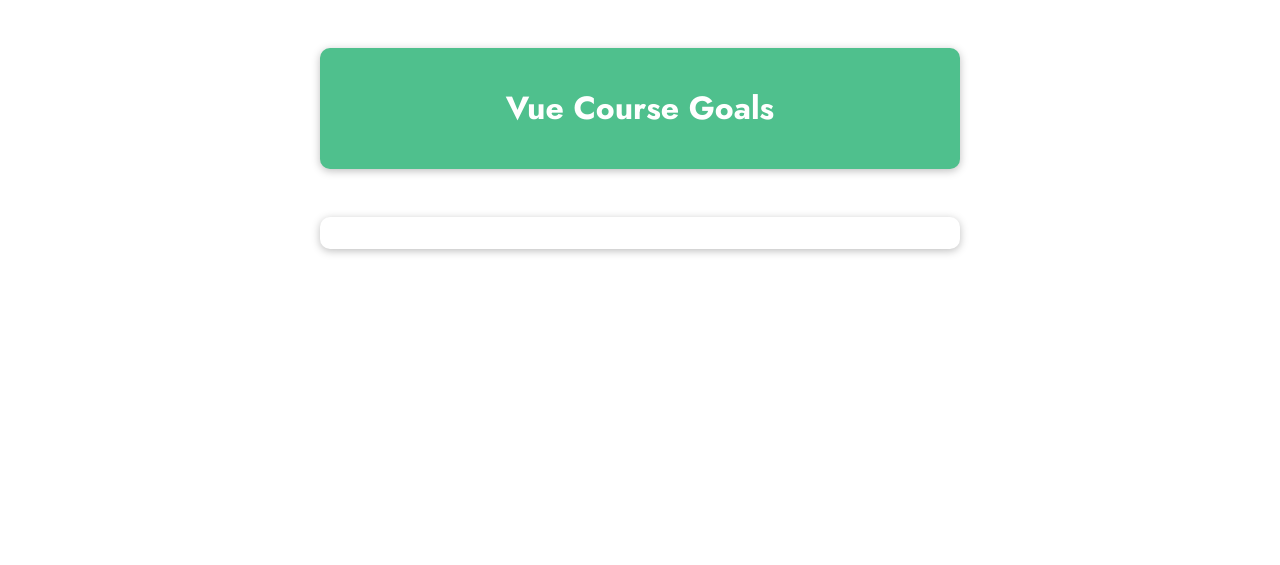
Repository: zmarkoni/Vue-The-Complete-Guide
Page: basics-01-starting-code/index.html
The author's editor kept a copy of each file at every save. The page is drawn from the files as they stood at one save, then again after a run of saves.
The browser window is 1280 px wide. The pictures show the whole page.

Above is the page before, as saved 2020-12-29 10:27:18.
Console error: SyntaxError: Unexpected token '}'

After the next 4 saves:
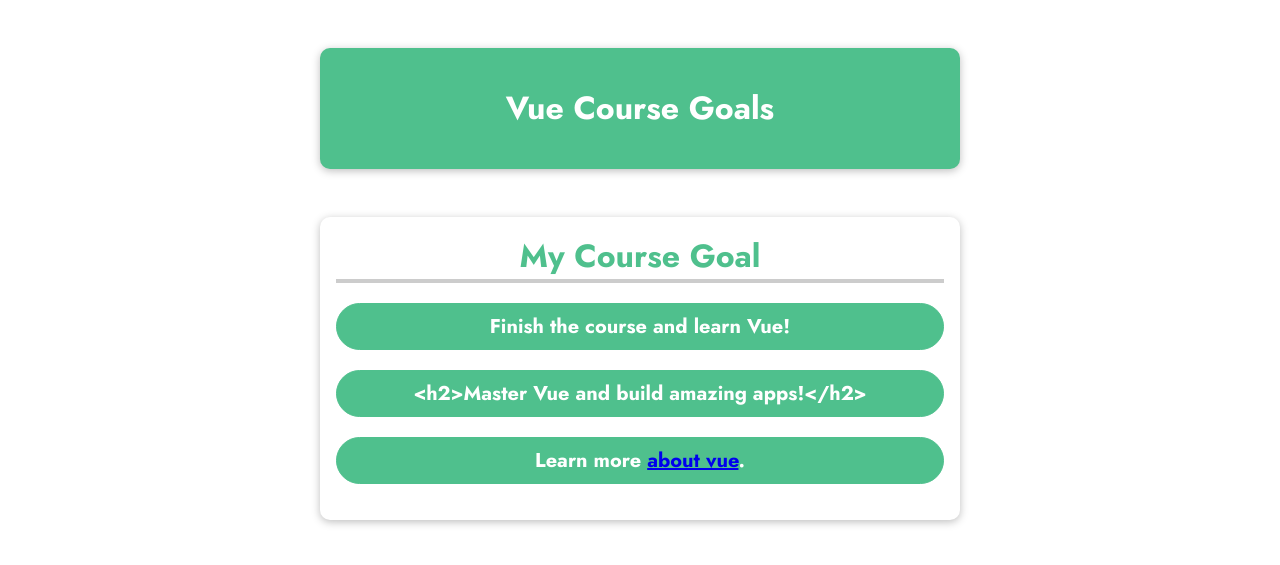
The error is gone.
The 4 saves are shown as one change because they came seconds apart.
The last was saved 10 s later.
--- a/basics-01-starting-code/index.html
+++ b/basics-01-starting-code/index.html
@@ -18,7 +18,7 @@
     </header>
     <section id="user-goal">
       <h2>My Course Goal</h2>
-      <p v-html:outputGoal()></p>
+      <p v-html="outputGoal()"></p>
       <p>{{ outputGoal() }}</p>
       <p>Learn more <a v-bind:href="vueLink" target="_blank">about vue</a>.</p>
     </section>
